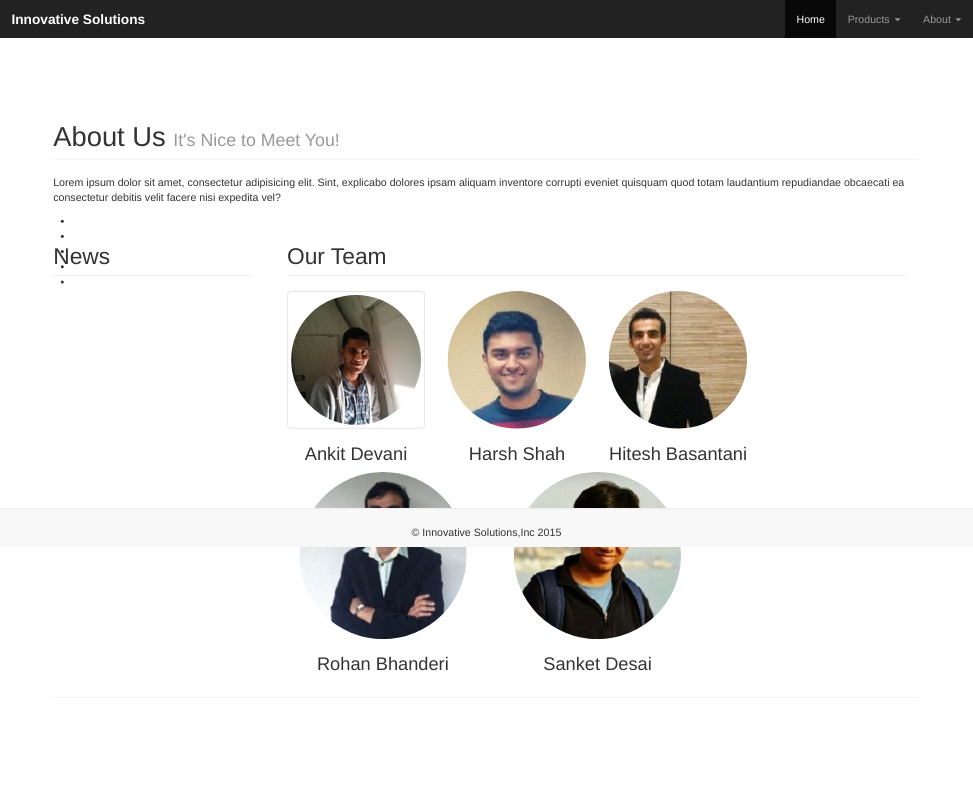
Repository: snketdesai/CMPE-280
Page: team.html
The author's editor kept a record of every edit. The page is drawn from the files as they stood at one moment, then again after the next edit.
The browser window is 1280 px wide. The pictures show the whole page, at 76% of full size.
Some web libraries are served in a nearby version.

Above is the page before.

### team.html
<!DOCTYPE html>
<html>
        <head>
                <title>Home</title>
                <meta name="viewport" content="width=device-width, initial-scale=1.0">
                <link href = "../css/bootstrap.min.css" rel = "stylesheet">
                <link href="../css/dashboard.css" rel="stylesheet">
				 <link href="../css/sticky-footer-navbar.css" rel="stylesheet">
               <link rel="stylesheet" type="text/css" href="../css/overlay.css" />


        </head>
        <body>

                <header class = "navbar navbar-inverse navbar-fixed-top">
                        <div class = "container-fluid">


                                <a href = "#" class = "navbar-brand"><strong>Innovative Solutions</strong></a>

                                <button class = "navbar-toggle" data-toggle = "collapse" data-target = ".navHeaderCollapse">
                                        <span class = "icon-bar"></span>
                                        <span class = "icon-bar"></span>
                                        <span class = "icon-bar"></span>
                                </button>

                                <div class = "collapse navbar-collapse navHeaderCollapse">

                                        <ul class = "nav navbar-nav navbar-right">

                                                <li class = "active"><a href = "#">Home</a></li>
                                                <li class = "dropdown">

                                                        <a href = "#" class = "dropdown-toggle" data-toggle = "dropdown">Products <b class = "caret"></b></a>
                                                        <ul class = "dropdown-menu">
                                                                <li><a href = "mobile.html">Mobile</a></li>
                                                                <li><a href = "bigdata.html">Big Data</a></li>
                                                                <li><a href = "iot.html">IOE/IOT</a></li>
                                                        </ul>

                                                </li>

                                                    <li class = "dropdown">

                                                        <a href = "#" class = "dropdown-toggle" data-toggle = "dropdown">About <b class = "caret"></b></a>
                                                        <ul class = "dropdown-menu">
                                                                <li><a href = "team.html">Management</a></li>
                                                                <li><a href = "https://www.facebook.com/cabusinesstrends">Code of Conduct</a></li>
                                                                <li><a href = "https://www.facebook.com/cabusinesstrends">Business Process</a></li>
                                                                <li><a href = "https://www.facebook.com/cabusinesstrends">Locations</a></li>
                                                                <li><a href = "https://www.facebook.com/cabusinesstrends">Contacts</a></li>
                                                        </ul>

                                                </li>
                                              </li>



                                        </ul>

                                </div>

                        </div>
                </header>
            <!-- Page Content -->
    <div class="container">

        <!-- Introduction Row -->
        <div class="row">
            <div class="col-lg-12">
                <h1 class="page-header">About Us
                    <small>It's Nice to Meet You!</small>
                </h1>
                <p>Lorem ipsum dolor sit amet, consectetur adipisicing elit. Sint, explicabo dolores ipsam aliquam inventore corrupti eveniet quisquam quod totam laudantium repudiandae obcaecati ea consectetur debitis velit facere nisi expedita vel?</p>
            </div>
        </div>

        <!-- Team Members Row -->
        <div class="row">
            <div class="col-lg-3">
                <h2 class="page-header">News</h2>
            </div>
        <div class="col-lg-9">
            <div class="col-lg-12">
                <h2 class="page-header">Our Team</h2>
            </div>
            <div class="col-lg-3 col-sm-6 text-center">
                <div class="thumbnail">
                    <div class="caption img-circle  img-responsive img-center">
                        <h4>Ankit Devani</h4>
                        <p>short thumbnail description</p>
                        <p><a href="" class="label label-danger" rel="tooltip" title="Zoom">Zoom</a>
                        <a href="" class="label label-default" rel="tooltip" title="Download now">Download</a></p>
                    </div>
                    <img class="img-circle img-responsive img-center" src="../img/ankit.jpg" alt="Ankit">
                </div>
                <h3>Ankit Devani
                     <!-- <small>Job Title</small> -->
                </h3>
               <!-- <p>What does this team member to? Keep it short! This is also a great spot for social links!</p> -->
            </div>
            <div class="col-lg-3 col-sm-6 text-center">
                <img class="img-circle img-responsive img-center" src="../img/harsh.jpg" alt="Harsh">
                <h3>Harsh Shah
                     <!-- <small>Job Title</small> -->
                </h3>
                <!-- <p>What does this team member to? Keep it short! This is also a great spot for social links!</p> -->
            </div>
            <div class="col-lg-3 col-sm-6 text-center">
                <img class="img-circle img-responsive img-center" src="../img/hitesh.jpg" alt="Hitesh">
                <h3>Hitesh Basantani
                    <!-- <small>Job Title</small> -->
                </h3>
                <!-- <p>What does this team member to? Keep it short! This is also a great spot for social links!</p> -->
            </div>
            <div class="col-lg-4 col-sm-6 text-center">
                <img class="img-circle img-responsive img-center" src="../img/rohan.jpg" alt="Rohan">
                <h3>Rohan Bhanderi
                     <!-- <small>Job Title</small> -->
                </h3>
                <!-- <p>What does this team member to? Keep it short! This is also a great spot for social links!</p> -->
            </div>
            <div class="col-lg-4 col-sm-6 text-center">
                <img class="img-circle img-responsive img-center" src="../img/sanket.jpg" alt="Sanket">
                <h3>Sanket Desai
                    <!-- <small>Job Title</small> -->
                </h3>
               <!-- <p>What does this team member to? Keep it short! This is also a great spot for social links!</p> -->
            </div>
        </div>
        <!--------------    --------------------------->
        <ul class="ch-grid">
					<li>
						<div class="ch-item ch-img-1">
							<div class="ch-info">
								<h3>Brainiac</h3>
								<p>by Daniel Nyari <a href="http://drbl.in/eODP">View on Dribbble</a></p>
							</div>
						</div>
					</li>
					<li>
						<div class="ch-item ch-img-2">
							<div class="ch-info">
								<h3>Vision</h3>
								<p>by Daniel Nyari <a href="http://drbl.in/eNXW">View on Dribbble</a></p>
							</div>
						</div>
					</li>
					<li>
						<div class="ch-item ch-img-3">
							<div class="ch-info">
								<h3>Cylon</h3>
								<p>by Daniel Nyari <a href="http://drbl.in/eNXY">View on Dribbble</a></p>
							</div>
						</div>
					</li>
					<li>
						<div class="ch-item ch-img-4">
							<div class="ch-info">
								<h3>Vision</h3>
								<p>by Daniel Nyari <a href="http://drbl.in/eNXW">View on Dribbble</a></p>
							</div>
						</div>
					</li>
					<li>
						<div class="ch-item ch-img-3">
							<div class="ch-info">
								<h3>Cylon</h3>
								<p>by Daniel Nyari <a href="http://drbl.in/eNXY">View on Dribbble</a></p>
							</div>
						</div>
					</li>
				</ul>

    </div>

        <hr>

                <div class = "navbar navbar-default navbar-fixed-bottom">

                        <footer class = "container">
                       			</br>
                            <p align="center">&copy; Innovative Solutions,Inc 2015
                            </p>

                        </footer>

                </div>

                <script src = "https://ajax.googleapis.com/ajax/libs/jquery/1.10.2/jquery.min.js"></script>
                <script src = "../js/bootstrap.js"></script>

        </body>
</html>
<script type="text/javascript">
    $("[rel='tooltip']").tooltip();

    $('.thumbnail').hover(
        function(){
            $(this).find('.caption').slideDown(250);  //.fadeIn(250)
        },
        function(){
            $(this).find('.caption').slideUp(250);  //.fadeOut(205)
        }
    );
</script>

### css/dashboard.css
/*
 * Base structure
 */

/* Move down content because we have a fixed navbar that is 50px tall */
body {
  padding-top: 50px;
}


/*
 * Global add-ons
 */

.sub-header {
  padding-bottom: 10px;
  border-bottom: 1px solid #eee;
}

/*
 * Top navigation
 * Hide default border to remove 1px line.
 */
.navbar-fixed-top {
  border: 0;
}

/*
 * Sidebar
 */

/* Hide for mobile, show later */
.sidebar {
  display: none;
}
@media (min-width: 768px) {
  .sidebar {
    position: fixed;
    top: 20px;
    bottom: 0;
    left: 0;
    z-index: 1000;
    display: block;
    padding: 20px;
    overflow-x: hidden;
    overflow-y: auto; /* Scrollable contents if viewport is shorter than content. */
    background-color: #f5f5f5;
    border-right: 1px solid #eee;
  }
.sidebar1 {

    right: 0px;
    width: 220px;
    position: fixed;
    top: 20px;
    bottom: 0;
    z-index: 1000;
    display: block;
    padding: 20px;
    overflow-x: hidden;
    overflow-y: auto; /* Scrollable contents if viewport is shorter than content. */
    background-color: #f5f5f5;
    border-right: 1px solid #eee;
  }
}

/* Sidebar navigation */
.nav-sidebar {
  margin-right: -21px; /* 20px padding + 1px border */
  margin-bottom: 20px;
  margin-left: -20px;
}
.nav-sidebar > li > a {
  padding-right: 20px;
  padding-left: 20px;
}
.nav-sidebar > .active > a,
.nav-sidebar > .active > a:hover,
.nav-sidebar > .active > a:focus,
.nav-sidebar > .active > h4 {
  color: #fff;
  background-color: #428bca;
  height: 30px;
}


/*
 * Main content
 */

.main {
  padding: 20px;
}
@media (min-width: 768px) {
  .main {
    padding-right: 40px;
    padding-left: 40px;
  }
}
.main .page-header {
  margin-top: 0;
}


/*
 * Placeholder dashboard ideas
 */

.placeholders {
  margin-bottom: 30px;
  text-align: center;
}
.placeholders h4 {
  margin-bottom: 0;
}
.placeholder {
  margin-bottom: 20px;
}
.placeholder img {
  display: inline-block;
  border-radius: 50%;
}
.img-center {
	margin: 0 auto;
}
body {
    padding-bottom: 40px;
    padding-top: 60px;
}

.sidebar-nav-fixed {
	width:20%;
}
.review-name{
	left: 60px;
	position: relative;
	font-size: small;
}

.caption {
    position:absolute;
    top:0;
    right:0;
    background:rgba(66, 139, 202, 0.75);
    width:100%;
    height:100%;

    display: none;
    text-align:center;
    color:#fff !important;
    z-index:2;
}

### css/sticky-footer-navbar.css
/* Sticky footer styles
-------------------------------------------------- */
html {
  position: relative;
  min-height: 100%;
}
body {
  /* Margin bottom by footer height */
  margin-bottom: 60px;
}
#footer {
  position: absolute;
  bottom: 0;
  width: 100%;
  /* Set the fixed height of the footer here */
  height: 60px;
  background-color: #f5f5f5;
}


/* Custom page CSS
-------------------------------------------------- */
/* Not required for template or sticky footer method. */

body > .container {
  padding: 60px 15px 0;
}
.container .text-muted {
  margin: 20px 0;
}

#footer > .container {
  padding-right: 15px;
  padding-left: 15px;
}

code {
  font-size: 80%;
}

### css/overlay.css
.ch-item {
	width: 100%;
	height: 100%;
	border-radius: 50%;
	position: relative;
	cursor: default;
	box-shadow:
		inset 0 0 0 0 rgba(200,95,66, 0.4),
		inset 0 0 0 16px rgba(255,255,255,0.6),
		0 1px 2px rgba(0,0,0,0.1);

	-webkit-transition: all 0.4s ease-in-out;
	-moz-transition: all 0.4s ease-in-out;
	-o-transition: all 0.4s ease-in-out;
	-ms-transition: all 0.4s ease-in-out;
	transition: all 0.4s ease-in-out;
}

.ch-img-1 {
	background-image: url(../img/ankit.jpg);
}

.ch-img-2 {
	background-image: url(../img/harsh.jpg);
}

.ch-img-3 {
	background-image: url(../img/hitesh.jpg);
}

.ch-img-4 {
	background-image: url(../img/rohan.jpg);
}

.ch-img-5 {
	background-image: url(../img/sanket.jpg);
}

.ch-info {
	position: absolute;
	width: 100%;
	height: 100%;
	border-radius: 50%;
	opacity: 0;

	-webkit-transition: all 0.4s ease-in-out;
	-moz-transition: all 0.4s ease-in-out;
	-o-transition: all 0.4s ease-in-out;
	-ms-transition: all 0.4s ease-in-out;
	transition: all 0.4s ease-in-out;

	-webkit-transform: scale(0);
	-moz-transform: scale(0);
	-o-transform: scale(0);
	-ms-transform: scale(0);
	transform: scale(0);

	-webkit-backface-visibility: hidden; /*for a smooth font */

}

.ch-info h3 {
	color: #fff;
	text-transform: uppercase;
	position: relative;
	letter-spacing: 2px;
	font-size: 22px;
	margin: 0 30px;
	padding: 65px 0 0 0;
	height: 110px;
	font-family: 'Open Sans', Arial, sans-serif;
	text-shadow:
		0 0 1px #fff,
		0 1px 2px rgba(0,0,0,0.3);
}

.ch-info p {
	color: #fff;
	padding: 10px 5px;
	font-style: italic;
	margin: 0 30px;
	font-size: 12px;
	border-top: 1px solid rgba(255,255,255,0.5);
}

.ch-info p a {
	display: block;
	color: #fff;
	color: rgba(255,255,255,0.7);
	font-style: normal;
	font-weight: 700;
	text-transform: uppercase;
	font-size: 9px;
	letter-spacing: 1px;
	padding-top: 4px;
	font-family: 'Open Sans', Arial, sans-serif;
}

.ch-info p a:hover {
	color: #fff222;
	color: rgba(255,242,34, 0.8);
}

.ch-item:hover {
	box-shadow:
		inset 0 0 0 110px rgba(200,95,66, 0.4),
		inset 0 0 0 16px rgba(255,255,255,0.8),
		0 1px 2px rgba(0,0,0,0.1);
}

.ch-item:hover .ch-info {
	opacity: 1;

	-webkit-transform: scale(1);
	-moz-transform: scale(1);
	-o-transform: scale(1);
	-ms-transform: scale(1);
	transform: scale(1);
}

Loaded but not shown: css/bootstrap.min.css (library); js/bootstrap.js (library)

After the next edit:
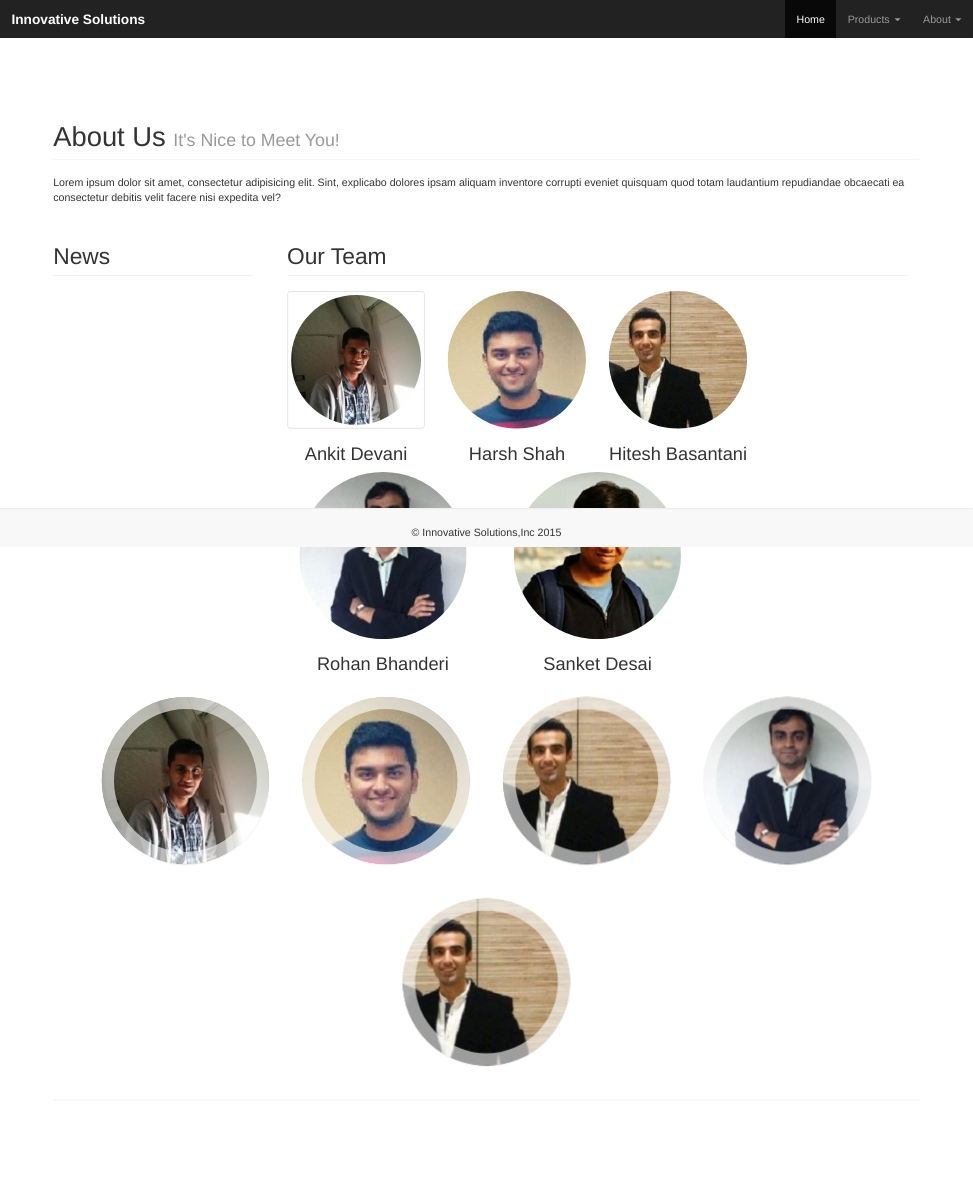
The edit:
--- a/css/overlay.css
+++ b/css/overlay.css
@@ -1,3 +1,29 @@
+.ch-grid {
+	margin: 20px 0 0 0;
+	padding: 0;
+	list-style: none;
+	display: block;
+	text-align: center;
+	width: 100%;
+}
+
+.ch-grid:after,
+.ch-item:before {
+	content: '';
+    display: table;
+}
+
+.ch-grid:after {
+	clear: both;
+}
+
+.ch-grid li {
+	width: 220px;
+	height: 220px;
+	display: inline-block;
+	margin: 20px;
+}
+
 .ch-item {
 	width: 100%;
 	height: 100%;
